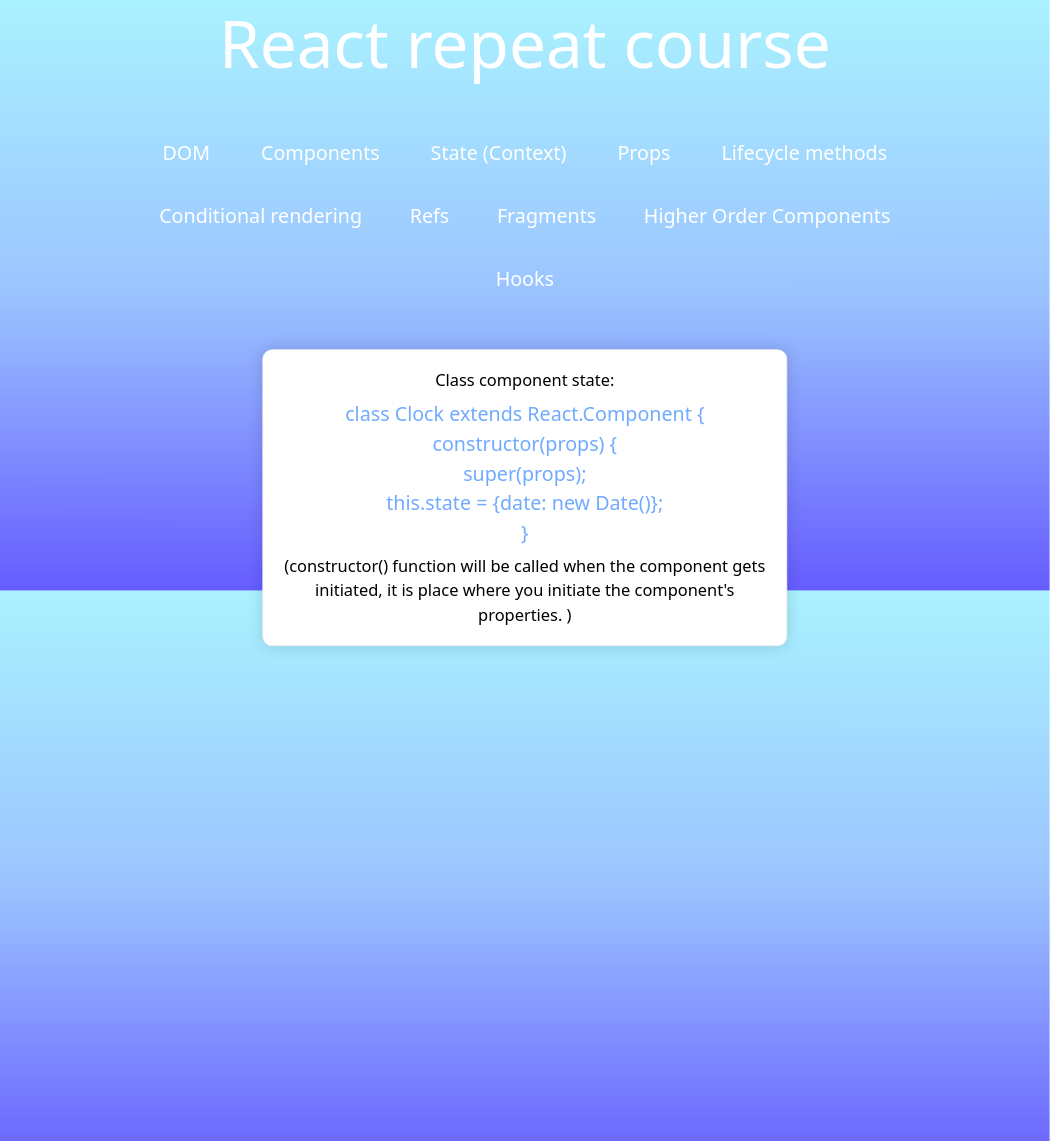
Repository: michalgornicki/github
Page: /#/State
These files come from the project's save history. The page is drawn as it stood at one moment and after a run of saves; the edit follows.
The browser window is 1280 px wide. The pictures show the whole page, at 82% of full size.
Backgrounds fixed to the window are drawn as part of the page. The project was rebuilt for these pictures with package versions that can differ from the ones it lists, and the page was loaded fresh each time. Also part of the build but not shown: src/components/dom.jsx, src/components/components.jsx, src/components/props.jsx, src/components/lifecycle.jsx, src/components/conditional.jsx, src/components/refs.jsx, src/components/fragments.jsx, src/components/hoc.jsx and 1 more.

Above is the page before, as saved 2022-02-07 12:46:18.

### src/App.jsx
import React from "react";
import "./App.css";
import "bootstrap/dist/css/bootstrap.min.css";
import { Route, HashRouter as Router, Routes, Link } from "react-router-dom";
import DOM from "./components/dom.jsx";
import Components from "./components/components.jsx";
import State from "./components/state.jsx";
import Props from "./components/props.jsx";
import Lifecycle from "./components/lifecycle.jsx";
import Conditional from "./components/conditional.jsx";
import Refs from "./components/refs.jsx";
import Fragments from "./components/fragments.jsx";
import HOC from "./components/hoc.jsx";
import Hooks from "./components/hooks.jsx";

const App = () => {
  return (
    <Router>
      <div className="text-center">
        <div className="display-1 mt-1 mb-5 text-white">React repeat course</div>

        <div className="h4 d-flex w-75 m-auto my-5 justify-content-evenly flex-wrap text-white">
          <Link className="link-style m-3" to="/">
            DOM
          </Link>
          <Link className="link-style m-3" to="/Components">
            Components
          </Link>
          <Link className="link-style m-3" to="/State">
            State (Context)
          </Link>
          <Link className="link-style m-3" to="/Props">
            Props
          </Link>
          <Link className="link-style m-3" to="/Lifecycle">
            Lifecycle methods
          </Link>
          <Link className="link-style m-3" to="/Conditional">
            Conditional rendering
          </Link>
          <Link className="link-style m-3" to="/Refs">
            Refs
          </Link>
          <Link className="link-style m-3" to="/Fragments">
            Fragments
          </Link>
          <Link className="link-style m-3" to="/HOC">
            Higher Order Components
          </Link>
          <Link className="link-style m-3" to="/Hooks">
            Hooks
          </Link>
        </div>

        <Routes>
          <Route path="/" element={<DOM />} />
          <Route path="/Components" element={<Components />} />
          <Route path="/State" element={<State />} />
          <Route path="/Props" element={<Props />} />
          <Route path="/Lifecycle" element={<Lifecycle />} />
          <Route path="/Conditional" element={<Conditional />} />
          <Route path="/Refs" element={<Refs />} />
          <Route path="/Fragments" element={<Fragments />} />
          <Route path="/HOC" element={<HOC />} />
          <Route path="/Hooks" element={<Hooks />} />
        </Routes>
      </div>
    </Router>
  );
};

export default App;

### src/App.css
@import url('https://fonts.googleapis.com/css2?family=Catamaran:wght@400&display=swap');

body{
    font-family: 'Catamaran', sans-serif;
    overflow-x: hidden;
    padding-bottom: 80vh;
    height: auto;
    background: linear-gradient(rgb(170, 242, 255), rgb(155, 195, 255), rgb(102, 92, 255));
    background-attachment: fixed;
}

.js-item{
    color:rgb(0, 0, 0);
    font-size: 1.25rem;
    background-color: white;
    transition: 0.2s;
    padding: 3vh;
    margin-bottom: 4vh!important;
    border: 1px solid rgb(240, 240, 240);
    width: 50%;
    margin-left: auto;
    margin-right: auto;
    box-shadow: 0px 0px 20px rgba(0, 0, 0, 0.15);
    border-radius: 0.75rem;
}

.js-item:hover{
    cursor: pointer;
    background-color: rgb(240, 240, 240);
}

.text-color{
    margin: auto;
    padding: 0.5rem;
    width: fit-content;
    color:rgb(113, 170, 255)!important;
    font-size: 1.5rem;
    border-radius: 1rem;
}

.link-style{
    color: inherit;
    text-decoration: inherit;
    padding: 0.5rem;
    border-radius: 0.5rem;
}

.link-style:hover{
    color: rgb(113, 170, 255);
    text-decoration: inherit;
}

@media only screen and (max-device-width: 600px), (max-width: 600px) {

    .js-item{
        width: 95%;
    }

}

### src/components/state.jsx
const State = () => {
  return (
    <div className="">
      <div className="js-item">
        {" "}
        <div className="">Class component state: </div>
        <div className="text-color">
          {`class Clock extends React.Component {`} <br />
          {`constructor(props) {`} <br />
          {`super(props);`}{" "} <br />
          {`this.state = {date: new Date()};`}{" "} <br />
          {`}`}{" "}
        </div>{" "}
        (constructor() function will be called when the component gets initiated, it is place where you initiate the component's properties. )
      </div>
    </div>
  );
};

export default State;

Loaded but not shown: public/index.html (common file); src/index.js (common file); src/index.css (common file); src/reportWebVitals.js (common file)

After the next 7 saves:
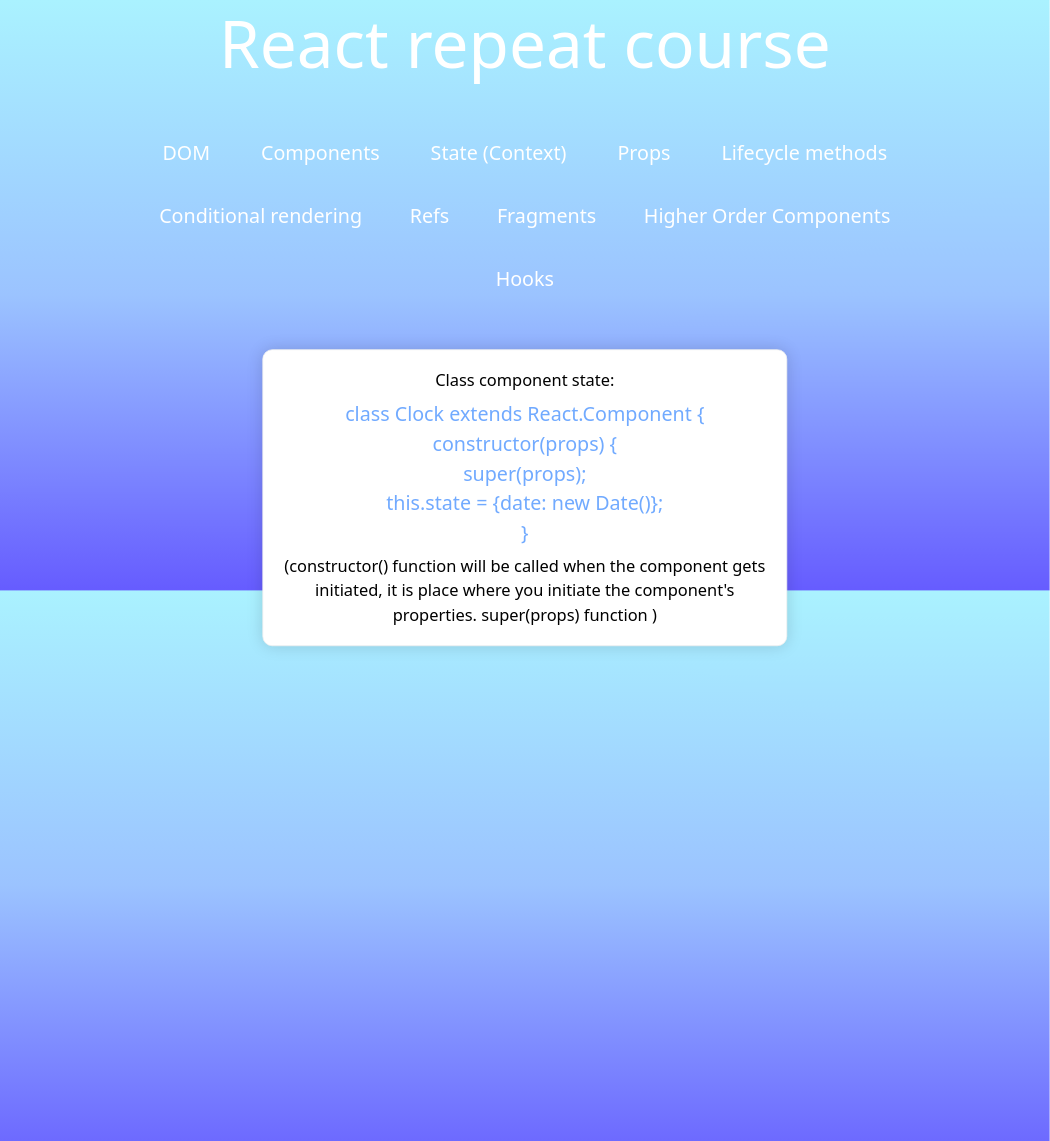
The 7 saves are shown as one change because they came seconds apart.
The last was saved 14 s later.
--- a/src/components/state.jsx
+++ b/src/components/state.jsx
@@ -11,7 +11,7 @@
           {`this.state = {date: new Date()};`}{" "} <br />
           {`}`}{" "}
         </div>{" "}
-        (constructor() function will be called when the component gets initiated, it is place where you initiate the component's properties. )
+        (constructor() function will be called when the component gets initiated, it is place where you initiate the component's properties. super(props) function )
       </div>
     </div>
   );
